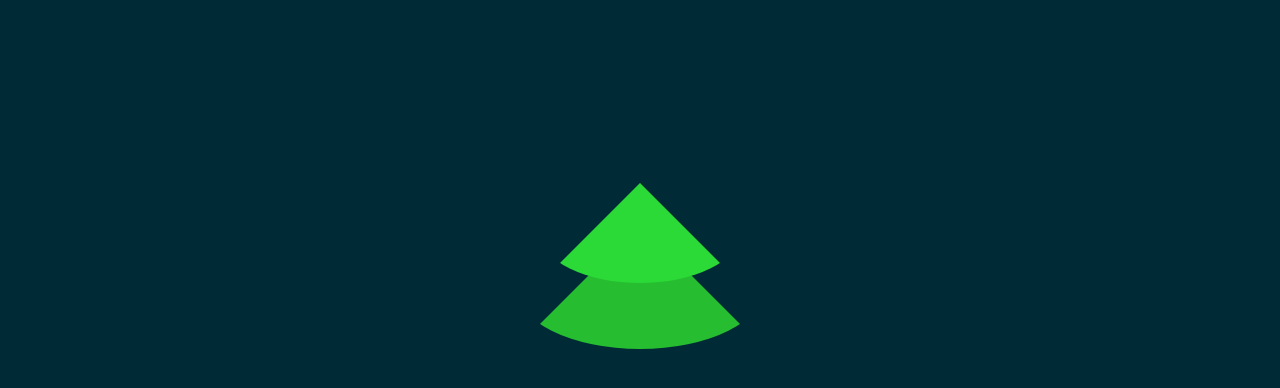
Repository: supakorn5039-boon/Christmas
Page: index.html
These files come from the project's save history. The page is drawn as it stood at one moment and after a run of saves; the edit follows.
The browser window is 1280 px wide. The pictures show the whole page.

Above is the page before, as saved 2023-12-25 08:42:39.

After the next 4 saves:
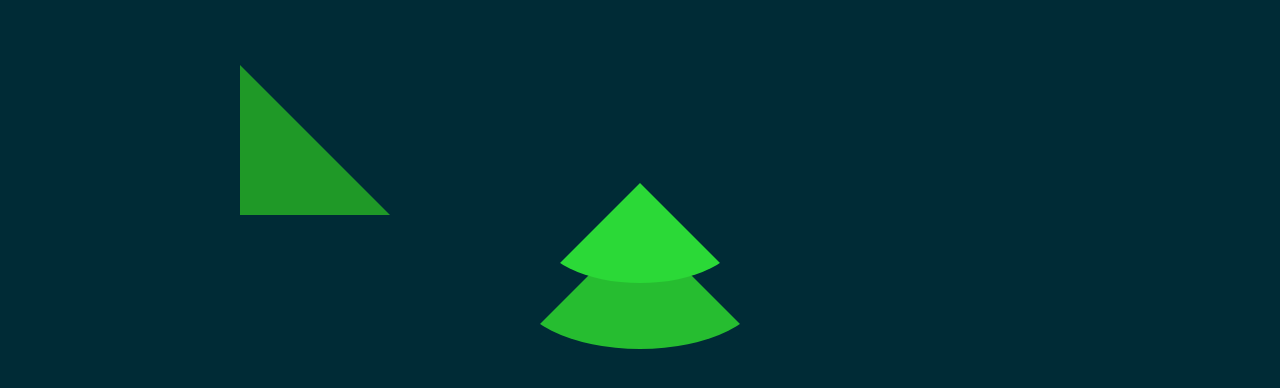
The 4 saves are shown as one change because they came seconds apart.
The last was saved 11 s later.
--- a/styles.css
+++ b/styles.css
@@ -62,5 +62,6 @@
     position: absolute;
     border-bottom: 150px solid #1f9927;
     margin-left: -150px;
-    bord
+    border-right:  150px solid transparent;
+    border-left:  ;
 }
